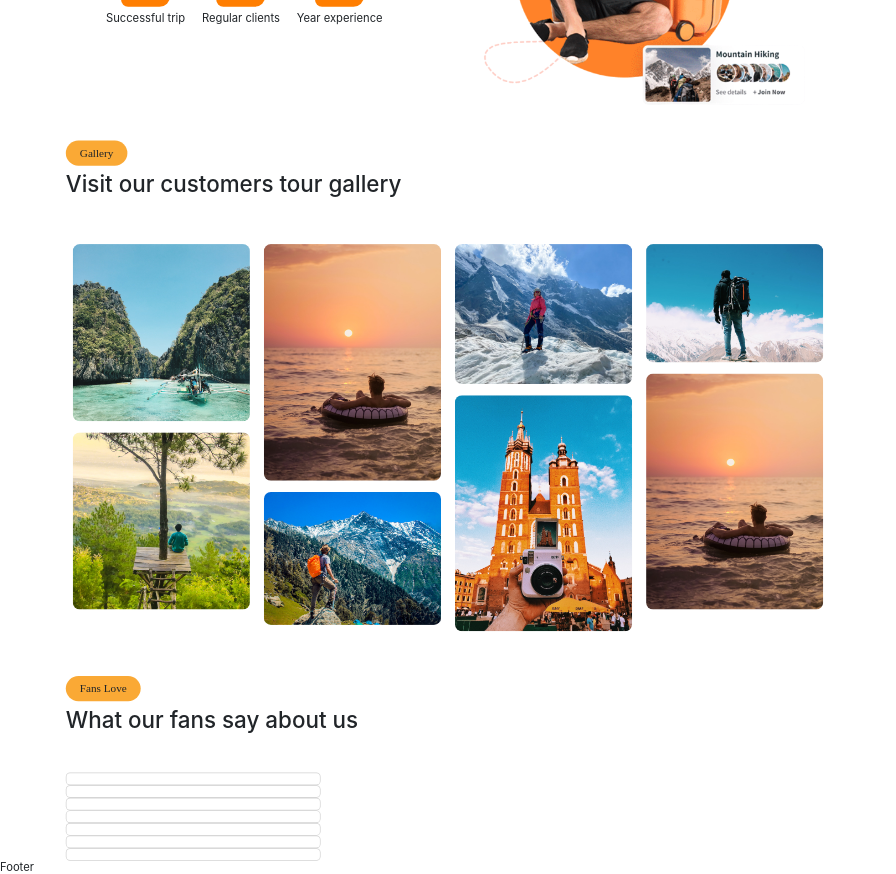
Repository: NguyenHuu001/dulich
Page: /home
These files come from the project's save history. The page is drawn as it stood at one moment and after a run of saves; the edit follows.
The browser window is 1280 px wide. The pictures show the part of the page from y = 1414 to 3334 px (the page is 2662 px tall before and 3334 px after), at 70% of full size.
The project was rebuilt for these pictures with package versions that can differ from the ones it lists, and the page was loaded fresh each time. Also part of the build but not shown: src/pages/About/index.js, src/pages/Tours/index.js, src/pages/Login/index.js, src/pages/Register/index.js. Imported but missing from the stored project, and not drawn on this page: src/assets/audio/video1.mp4.

Above is the page before, as saved 2023-08-01 19:00:05.

### public/index.html
<!DOCTYPE html>
<html lang="en">
    <head>
        <meta charset="utf-8" />
        <link rel="icon" href="%PUBLIC_URL%/favicon.ico" />
        <link href="https://cdn.jsdelivr.net/npm/bootstrap@5.3.0/dist/css/bootstrap.min.css" rel="stylesheet" />
        <script src="https://cdn.jsdelivr.net/npm/bootstrap@5.3.0/dist/js/bootstrap.bundle.min.js"></script>
        <meta name="viewport" content="width=device-width, initial-scale=1" />
        <meta name="theme-color" content="#000000" />
        <meta name="description" content="Web site created using create-react-app" />
        <link rel="apple-touch-icon" href="%PUBLIC_URL%/logo192.png" />
        <!--
      manifest.json provides metadata used when your web app is installed on a
      user's mobile device or desktop. See https://developers.google.com/web/fundamentals/web-app-manifest/
    -->
        <link rel="manifest" href="%PUBLIC_URL%/manifest.json" />
        <!--
      Notice the use of %PUBLIC_URL% in the tags above.
      It will be replaced with the URL of the `public` folder during the build.
      Only files inside the `public` folder can be referenced from the HTML.

      Unlike "/favicon.ico" or "favicon.ico", "%PUBLIC_URL%/favicon.ico" will
      work correctly both with client-side routing and a non-root public URL.
      Learn how to configure a non-root public URL by running `npm run build`.
    -->
        <title>React App</title>
    </head>
    <body>
        <noscript>You need to enable JavaScript to run this app.</noscript>
        <div id="root"></div>
        <!--
      This HTML file is a template.
      If you open it directly in the browser, you will see an empty page.

      You can add webfonts, meta tags, or analytics to this file.
      The build step will place the bundled scripts into the <body> tag.

      To begin the development, run `npm start` or `yarn start`.
      To create a production bundle, use `npm run build` or `yarn build`.
    --></body>
</html>

### src/index.js
import React from 'react';
import ReactDOM from 'react-dom/client';
import '../src/styles/global.scss';
import App from './App';
import reportWebVitals from './reportWebVitals';

const root = ReactDOM.createRoot(document.getElementById('root'));
root.render(
  <React.StrictMode>
    <App />
  </React.StrictMode>
);

// If you want to start measuring performance in your app, pass a function
// to log results (for example: reportWebVitals(console.log))
// or send to an analytics endpoint. Learn more: https://bit.ly/CRA-vitals
reportWebVitals();

### src/styles/global.scss
body {
    margin: 0;
    font-family: -apple-system, BlinkMacSystemFont, 'Segoe UI', 'Roboto', 'Oxygen', 'Ubuntu', 'Cantarell', 'Fira Sans',
        'Droid Sans', 'Helvetica Neue', sans-serif;
    -webkit-font-smoothing: antialiased;
    -moz-osx-font-smoothing: grayscale;
}

code {
    font-family: source-code-pro, Menlo, Monaco, Consolas, 'Courier New', monospace;
}
*,
*:before,
*:after {
    box-sizing: border-box;
}
* {
    margin: 0;
    padding: 0;
    font: inherit;
}
img,
picture,
svg,
video {
    display: block;
    max-width: 100%;
}
input,
select,
textarea {
    background-color: transparent;
    outline: none;
}
button {
    cursor: pointer;
    background-color: transparent;
    outline: none;
    border: 0;
}
body {
    min-height: 100vh;
    font-weight: 400;
    font-size: 16px;
    line-height: 1;
}

### src/App.js
import { BrowserRouter as Router, Route, Routes } from 'react-router-dom';
import { publicRoutes } from './routes';
import Layout from './Layouts';
function App() {
    return (
        <Router>
            <div className="App">
                <Routes>
                    {publicRoutes.map((route, index) => {
                        const Page = route.component;
                        return (
                            <Route
                                key={index}
                                path={route.path}
                                element={
                                    <Layout>
                                        <Page />
                                    </Layout>
                                }
                            />
                        );
                    })}
                </Routes>
            </div>
        </Router>
    );
}

export default App;

### src/routes/index.js
import Home from '../pages/Home';
import About from '../pages/About';
import Tours from '../pages/Tours';
import Login from '../pages/Login';
import Register from '../pages/Register';

const publicRoutes = [
    { path: '/home', component: Home },
    { path: '/about', component: About },
    { path: '/tours', component: Tours },
    { path: '/login', component: Login },
    { path: '/register', component: Register },
];
const privateRoutes = [];

export { publicRoutes, privateRoutes };

### src/Layouts/index.js
import Footer from "./Footer";
import Header from './Header'
import Navigation from "./Navigation";
function Layouts({children}) {
    return (
        <>
            <Header />
            <div>
                <Navigation />
                <div className="content">{children}</div>
            </div>
            <Footer />
        </>
     );
}

export default Layouts;

### src/pages/Home/index.js
import { FontAwesomeIcon } from '@fortawesome/react-fontawesome';
import { faCloudSun, faLocationDot, faMagnifyingGlass, faUsers } from '@fortawesome/free-solid-svg-icons';
// IMG
import earth from '../../assets/images/earth.png';
import img1 from '../../assets/images/img1.png';
import img2 from '../../assets/images/img2.png';
import banner from '../../assets/images/banner.png';
import video1 from '../../assets/audio/video1.mp4';
import Gallery1 from '../../assets/images/Gallery1.png';
import Gallery2 from '../../assets/images/Gallery2.png';
import Gallery3 from '../../assets/images/Gallery3.png';
import Gallery4 from '../../assets/images/Gallery4.png';
import Gallery5 from '../../assets/images/Gallery5.png';
import Gallery6 from '../../assets/images/Gallery6.png';
import Gallery7 from '../../assets/images/Gallery7.png';
import Gallery8 from '../../assets/images/Gallery8.png';
// ANT DESIGN
import { InputNumber } from 'antd';
/////
import {Data} from './data';
//Slick
import Slider from 'react-slick';
import 'slick-carousel/slick/slick.css';
import 'slick-carousel/slick/slick-theme.css';
// SCSS
import './Home.scss';
function Home() {
    const settings = {
        dots: true,
        infinite: false,
        speed: 500,
        slidesToShow: 4,
        slidesToScroll: 4,
        initialSlide: 0,
        responsive: [
            {
                breakpoint: 1024,
                settings: {
                    slidesToShow: 3,
                    slidesToScroll: 3,
                    infinite: true,
                    dots: true,
                },
            },
            {
                breakpoint: 600,
                settings: {
                    slidesToShow: 2,
                    slidesToScroll: 2,
                    initialSlide: 2,
                },
            },
            {
                breakpoint: 480,
                settings: {
                    slidesToShow: 1,
                    slidesToScroll: 1,
                },
            },
        ],
    };
    return (
        <div className="container pt-5">
            <div className="row">
                <div className="col-md-6 mt-5">
                    <div className="wrap_content">
                        <div className="top_content d-flex align-items-center">
                            <div className="title_top_content">Know Before You Go</div>
                            <img className="img_earth mt-1" src={earth} />
                        </div>
                        <h1>
                            Traveling opens the door to creating
                            <span className="title_higtlight"> memories with duong</span>
                        </h1>
                        <span className="lh-base">
                            Our Vietnam is a beautiful country. We have a variety of landscapes which are widely
                            well-known such as Ha Long Bay, Hoi An Old quarter and Phong Nha Ke Bang cave. A long coast
                            with many attractive beaches is also our recognized reputation. Although Vietnam was a rich
                            traditional culture country, it has undergone a great change since 1945 due to the war. But
                            you can still find spiritual values in traditional arts performances such as singing Tru,
                            Cheo, Tuong, water puppet, ancient artifacts at the museums at the cultural centers in Hanoi
                            and Saigon.
                        </span>
                    </div>
                </div>
                {/* ------------- */}
                <div className="col-md-2 img1">
                    <img src={img1} />
                </div>
                <div className="col-md-2 video1">
                    <video src={video1} controls />
                </div>
                <div className="col-md-2 img1" style={{ marginTop: '60px' }}>
                    <img src={img2} />
                </div>
            </div>
            {/* ------------------- */}
            <div className="col-md-12 mt-3">
                <div className="d-flex flex-wrap">
                    <div className="col-xs-12 d-flex align-items-center ms-3 mt-3 chieudai">
                        <FontAwesomeIcon className="icon" icon={faLocationDot} />
                        <div className="ps-3 border_right">
                            <h6>Location</h6>
                            <input className="input_where" placeholder="Where are you going?"></input>
                        </div>
                    </div>
                    <div className="col-xs-12 d-flex align-items-center ms-3 mt-3 chieudai">
                        <FontAwesomeIcon className="icon" icon={faLocationDot} />
                        <div className="ps-3 pe-3 border_right">
                            <h6>Distance</h6>
                            <InputNumber style={{ width: '100%' }} min={1} max={1000} placeholder="Distance k/m" />
                        </div>
                    </div>
                    <div className="col-xs-12 d-flex align-items-center ms-3 mt-3 chieudai">
                        <FontAwesomeIcon className="icon" icon={faUsers} />
                        <div className="ps-3 pe-3 border_right">
                            <h6>Max People</h6>
                            <InputNumber style={{ width: '100%' }} min={1} max={200} defaultValue={0} />
                        </div>
                    </div>
                    <div className="col-xs-12 d-flex align-items-center ms-3 mt-3">
                        <FontAwesomeIcon className="icon_search p-2" icon={faMagnifyingGlass} />
                    </div>
                </div>
            </div>

            {/* -------------------------------------- */}
            <div className="container mt-5">
                <div className="row d-flex">
                    <div className="col-md-3">
                        <h5 style={{ color: '#ee6e6e' }}>What we serve</h5>
                        <h2>We offer our best services</h2>
                    </div>
                    <div className="col-md-3">
                        <div className="border_items mt-3">
                            <div className="wrap_icon">
                                <FontAwesomeIcon className="icon_center p-2" icon={faCloudSun} />
                            </div>
                            <h5 className="mt-2">Calculate Weather</h5>
                            <p className="mt-2 mb-2 lh-base">
                                Lorem ipsum dolor sit amet, consectetur adipisicing elit.
                            </p>
                        </div>
                    </div>
                    <div className="col-md-3 ">
                        <div className="border_items mt-3">
                            <div className="wrap_icon">
                                <FontAwesomeIcon className="icon_center p-2" icon={faCloudSun} />
                            </div>
                            <h5 className="mt-2">Best Tour Guide</h5>
                            <p className="mt-2 mb-2 lh-base">
                                Lorem ipsum dolor sit amet, consectetur adipisicing elit.
                            </p>
                        </div>
                    </div>
                    <div className="col-md-3 ">
                        <div className="border_items mt-3">
                            <div className="wrap_icon">
                                <FontAwesomeIcon className="icon_center p-2" icon={faCloudSun} />
                            </div>
                            <h5 className="mt-2">Customization</h5>
                            <p className="mt-2 mb-2 lh-base">
                                Lorem ipsum dolor sit amet, consectetur adipisicing elit.
                            </p>
                        </div>
                    </div>
                </div>
            </div>
            {/* ------------------------------------------ */}
            <div className="container mt-5">
                <div className="row">
                    <div className="mb-5">
                        <div className="top_content d-flex align-items-center">
                            <div className="title_top_content">Explore</div>
                        </div>
                        <h2 className="mt-2">Our featured tours</h2>
                    </div>
                    <h4>Failed to fetch</h4>
                </div>
            </div>
            {/* ----------------------------------- */}
            <div className="container mt-5">
                <div className="row">
                    <div className="mb-5 col-md-6">
                        <div className="top_content d-flex align-items-center">
                            <div className="title_top_content">Experience</div>
                        </div>
                        <h2 className="mt-2">With Duong our all experience we will serve you</h2>
                        <p className="lh-base">
                            Duong ipsum dolor sit consectetur.Duong ipsum dolor sit consectetur.Duong ipsum dolor sit
                            consectetur.
                        </p>
                        <div className="d-flex flex-wrap justify-content-center">
                            <div className="me-4 d-flex flex-column align-items-center">
                                <div className="fw-bolder fs-5 experience">12K +</div>
                                <p className="mt-2">Successful trip</p>
                            </div>
                            <div className="me-4 d-flex flex-column align-items-center">
                                <div className="fw-bolder fs-5 experience">12K +</div>
                                <p className="mt-2">Regular clients</p>
                            </div>
                            <div className="me-4 d-flex flex-column align-items-center">
                                <div className="fw-bolder fs-5 experience">12K +</div>
                                <p className="mt-2">Year experience</p>
                            </div>
                        </div>
                    </div>
                    <div className="col-md-6">
                        <div className="d-flex justify-content-center">
                            <img src={banner} style={{ width: '90%' }} />
                        </div>
                    </div>
                </div>
            </div>
            {/* ------------------------------------------------ */}
            <div className="container mt-5">
                <div className="row">
                    <div className="mb-5">
                        <div className="top_content d-flex align-items-center">
                            <div className="title_top_content">Gallery</div>
                        </div>
                        <h2 className="mt-2">Visit our customers tour gallery</h2>
                    </div>
                    <div className="col-md-12 col-sm-12">
                        <div className="d-flex flex-wrap">
                            <div className="col-md-3 pb-0 gallery_img">
                                <img className="mb-3" src={Gallery1} />
                                <img className="mb-3" src={Gallery2} />
                            </div>
                            <div className="col-md-3 pb-0 col-xs-6 gallery_img">
                                <img className="mb-3" src={Gallery3} />
                                <img className="mb-3" src={Gallery4} />
                            </div>
                            <div className="col-md-3 pb-0 col-xs-6 gallery_img">
                                <img className="mb-3" src={Gallery5} />
                                <img className="mb-3" src={Gallery6} />
                            </div>
                            <div className="col-md-3 pb-0 col-xs-6 gallery_img">
                                <img className="mb-3" src={Gallery7} />
                                <img className="mb-3" src={Gallery8} />
                            </div>
                        </div>
                    </div>
                </div>
            </div>
            {/* ------------------------------------------------- */}
            <div className="container mt-5">
                <div className="row">
                    <div className="mb-5">
                        <div className="top_content d-flex align-items-center">
                            <div className="title_top_content">Fans Love</div>
                        </div>
                        <h2 className="mt-2">What our fans say about us</h2>
                    </div>
                    <div className='col-md-12'>
                       {Data.map((data,index) => (
                        <div className='col-md-4'>
                            <div className='card'>
                                <p></p>
                            </div>
                        </div>
                       ))}
                    </div>
                </div>
            </div>
        </div>
    );
}

export default Home;

### src/Layouts/Footer/index.js
function Footer() {
    return ( <div>Footer</div> );
}

export default Footer;

### src/Layouts/Navigation/index.js
import './Navigation.scss'
function Navigation() {
    return ( <div className="navi">Navigation</div> );
}

export default Navigation;

### src/pages/Home/Home.scss
:root {
    --color-chudao: #faa935;
    --color-text: #fff;
    --subtitle-font-name: "Island Moments",cursive;
}

.title_top_content{
    background-color: var(--color-chudao);
    border-radius: 20px;
    padding: 10px 20px;
    font-family: var(--subtitle-font-name);
}
.img_earth{
    width: 36px;
    height: 36px;
}
.title_higtlight{
    color: var(--color-chudao);
}

.img1{
    height: 350px;
    img{
        box-sizing: border-box;
        height: 100%;
        object-fit: cover;
        border-radius: 20px;
        border: 1px solid var(--color-chudao);
    }
}
.video1{
    height: 350px;
    margin-top: 30px;
    video{
        box-sizing: border-box;
        height: 100%;
        object-fit: cover;
        border-radius: 20px;
        border: 1px solid var(--color-chudao);
    }
}

.icon{
    width: 30px;
    height: 30px;
    color: #ee6e6e;
}
.chieudai{
    width: 220px;
}
.border_right{
    border-right: 1px solid grey;
}
.input_where{
    outline: none;
    border: none;
}
.icon_search{
    background-color: var(--color-chudao);
    color: var(--color-text);
    width: 30px;
    height: 30px;
    border-radius: 10px 5px;
    &:hover{
        cursor: pointer;
    }
}
.border_items{
    border-radius: 0 0 10px 0;
    border-bottom: 1px solid var(--color-chudao);
    border-right: 1px solid var(--color-chudao);
}
.icon_center{
    width: 40px;
    height: 40px;
    color: var(--color-text);
}
.wrap_icon{
    width: 60px;
    border-radius: 50%;
    background-color: var(--color-chudao);
    height: auto;
    border: 1px solid var(--color-chudao);
}

.experience{
    display: flex;
    justify-content: center;
    align-items: center;
    color: var(--color-text);
    width: 70px;
    height: 70px;
    border-radius: 15px 10px;
    background-color: rgb(255, 126, 1);
}
// --------------------------------
.gallery_img > img:hover{
    transform: scale(1.1);
    transition:transform 0.5s ease ;
}
.gallery_img{
    padding: 10px
}
.gallery_img > img{
    border-radius: 10px;
}

### src/Layouts/Header/Header.scss
:root {
    --color-chudao: #faa935;
    --color-text: #fff;
}
.header {
    position: sticky;
    z-index: 9999;
    top:0;
    height: 100px;
    box-shadow: 3px 3px 8px -3px #ddd;
    background-color: var(--color-text);
}
.header_in{
  height: 100%;
}
.wrap_header{
  height: 100%;
}
.logo {
    height: 100%;
}
.set_fw {
    font-weight: 500;
}
.register_li {
    background-color: var(--color-chudao);
    border-radius: 20px !important;
    color: var(--color-text);
    padding: 10px 30px;
}
.icon_menu {
    display: none;
}
@media screen and (max-width: 980px) {
    .icon_menu {
        display: block;
    }
    .item_none {
        display: none;
    }
}

### src/Layouts/Navigation/Navigation.scss
.navi {
    display: none;
}

Loaded but not shown: src/reportWebVitals.js (common file); src/pages/Home/data.js (47 lines, source omitted); src/Layouts/Header/index.js (55 lines, source omitted)

After the next 3 saves:
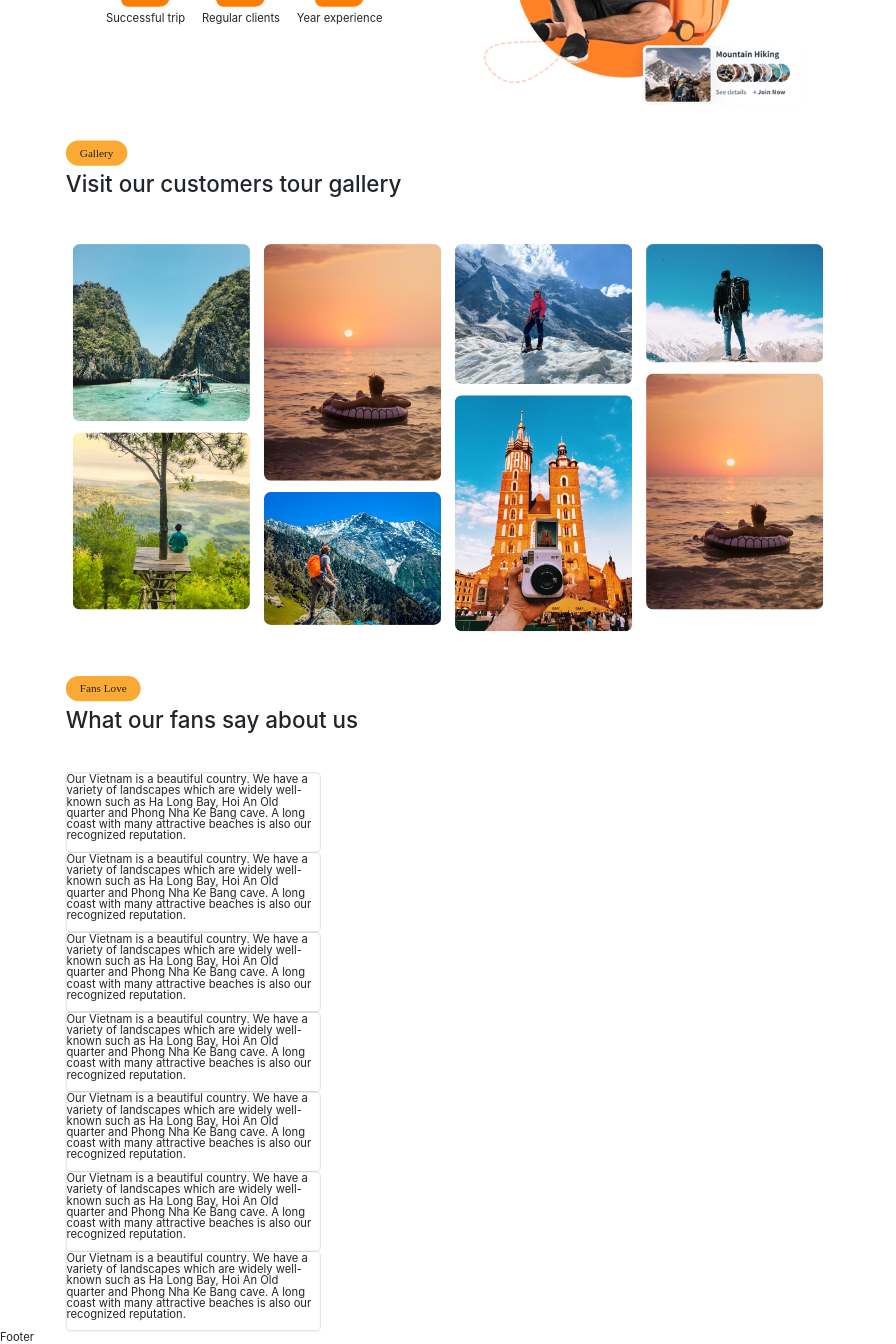
The 3 saves are shown as one change because 1 did not build or start and some came seconds apart.
The last was saved 22 s later.
--- a/src/pages/Home/index.js
+++ b/src/pages/Home/index.js
@@ -256,7 +256,7 @@ function Home() {
                        {Data.map((data,index) => (
                         <div className='col-md-4'>
                             <div className='card'>
-                                <p></p>
+                                <p>{data.content}</p>
                             </div>
                         </div>
                        ))}
